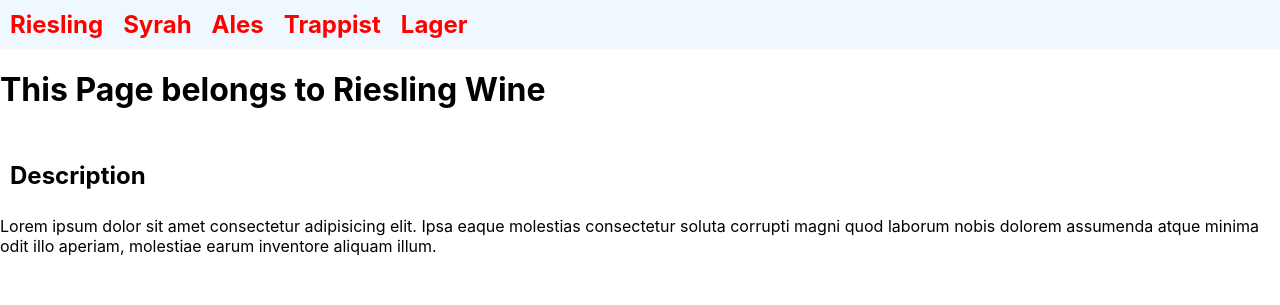
Repository: portretrieve/react-practice
Page: /
The author's editor kept a copy of each file at every save. The page is drawn from the files as they stood at one save, then again after the next save.
The browser window is 1280 px wide. The pictures show the whole page.
The project was rebuilt for these pictures with package versions that can differ from the ones it lists, and the page was loaded fresh each time. Also part of the build but not shown: src/wines/Syrah.js, src/beers/Ale.js, src/beers/Lager.js, src/beers/Trappist.js.

Above is the page before, as saved 2021-08-26 19:07:28.

After the next save:
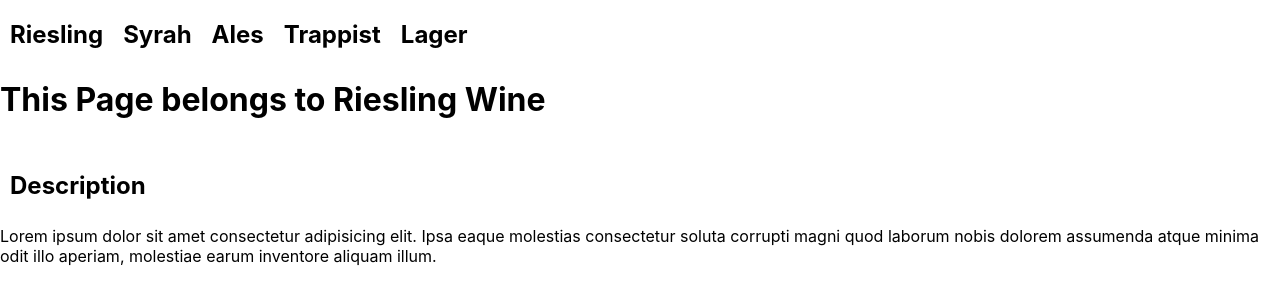
Saved 18 s later.
--- a/src/navigation/Header.js
+++ b/src/navigation/Header.js
@@ -3,7 +3,7 @@
 
 function Header() {
   return (
-    <header className={classes.background}>
+    <header className={(classes.background, classes.center)}>
       <nav>
         <h2>Riesling</h2>
         <h2>Syrah</h2>

After the save that followed:
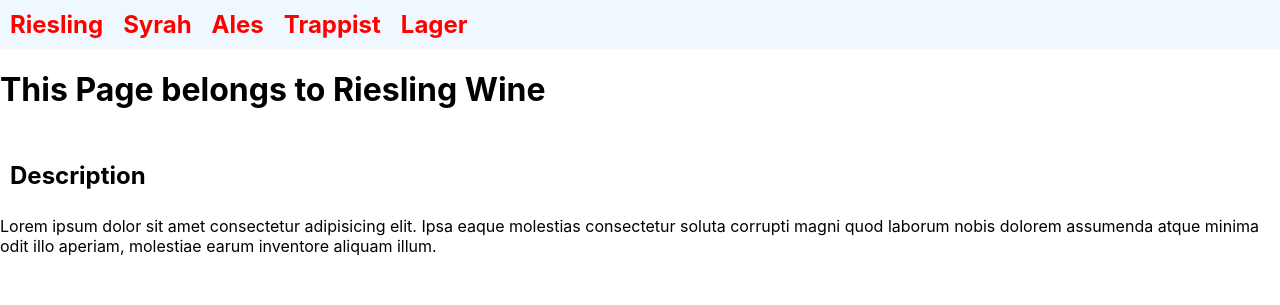
Saved 7 s later.
--- a/src/navigation/Header.js
+++ b/src/navigation/Header.js
@@ -3,7 +3,7 @@
 
 function Header() {
   return (
-    <header className={(classes.background, classes.center)}>
+    <header className={classes.background}>
       <nav>
         <h2>Riesling</h2>
         <h2>Syrah</h2>
